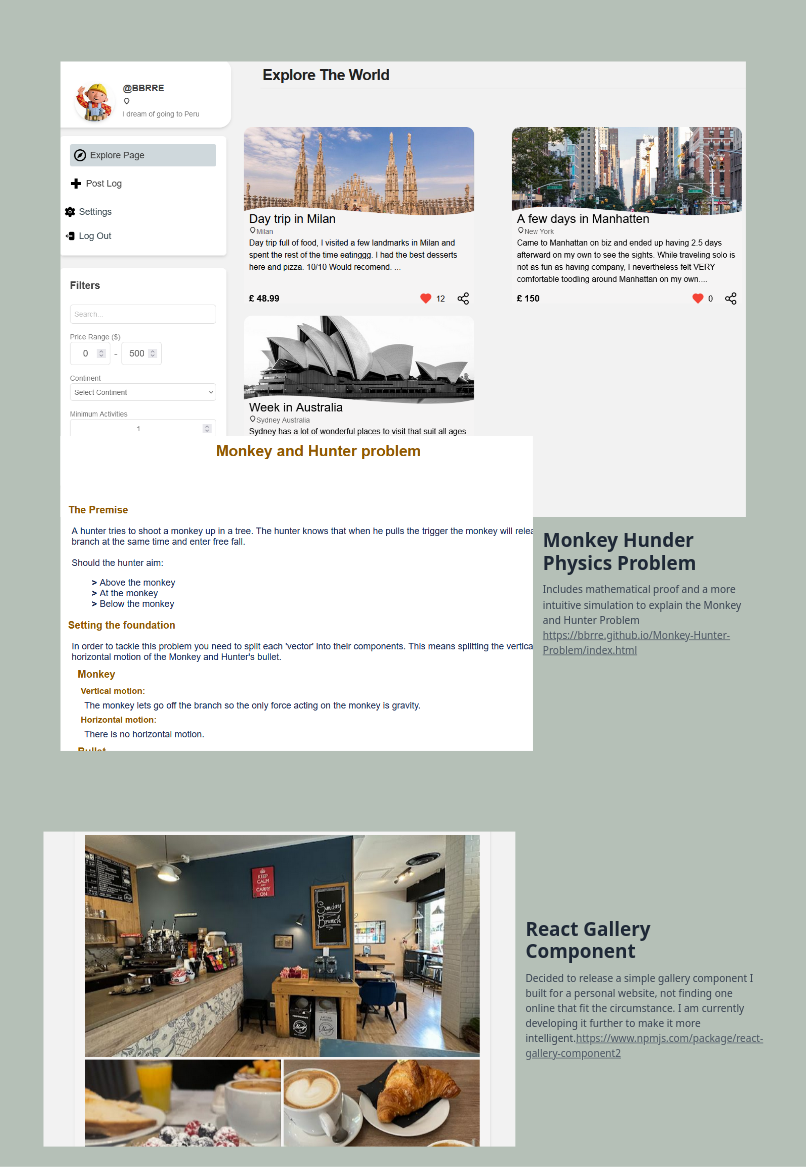
Repository: BBRRE/Portfolio-V2
Page: /#/Computer-Sci
These files come from the project's save history. The page is drawn as it stood at one moment and after a run of saves; the edit follows.
The browser window is 1280 px wide. The pictures show the whole page, at 63% of full size.
Some web fonts or font styles are not loaded; a fallback is used. The project was rebuilt for these pictures with package versions that can differ from the ones it lists, and the page was loaded fresh each time. Also part of the build but not shown: vite.config.js, src/Subjects/Archi.jsx, src/Subjects/EEng.jsx, src/Subjects/Other.jsx, src/Projects Overview.jsx, src/HomePage.jsx, src/ErrorBoundary.jsx.

Above is the page before, as saved 2024-11-29 09:08:04.

### index.html
<!doctype html>
<html lang="en">
  <head>
    <meta charset="UTF-8" />
    <link rel="icon" type="image/svg+xml" href="src\assets\letter-bb.svg" />
    <link href="https://fonts.googleapis.com/css2?family=Inconsolata&family=Italiana&family=Hubballi&family=Julius+Sans+One&display=swap" rel="stylesheet">
    <link rel="preconnect" href="https://fonts.googleapis.com" />
<link rel="preconnect" href="https://fonts.gstatic.com" crossorigin />
<link
  rel="stylesheet"
  href="https://fonts.googleapis.com/css2?family=Roboto:wght@300;400;500;700&display=swap"
/>
<link
  rel="stylesheet"
  href="https://fonts.googleapis.com/icon?family=Material+Icons"
/>

    <meta name="viewport" content="width=device-width, initial-scale=1.0" />
    <title>Bilaal Bare</title>
  </head>
  <body>
    <div id="root"></div>
    <script type="module" src="/src/main.jsx"></script>
  </body>
</html>

### src/main.jsx
import React from 'react'
import ReactDOM from 'react-dom/client'
import App from './App'
import ErrorBoundary from './ErrorBoundary'
import './index.css'

ReactDOM.createRoot(document.getElementById('root')).render(
  <React.StrictMode>
    <ErrorBoundary>
      <App />
    </ErrorBoundary>
  </React.StrictMode>
)

### src/App.jsx
import { HashRouter as Router, Routes, Route } from 'react-router-dom';
import Archi from './Subjects/Archi.jsx'
import CompSci from './Subjects/CompSci.jsx'
import EEng from './Subjects/EEng.jsx'
import Other from './Subjects/Other.jsx'
import { HomePage } from './HomePage'
import { useState, useEffect } from 'react'

function App() {
  useEffect(() => {
    console.log('App component mounted')
  }, [])

  return (
    <Router>
        <Routes>
          <Route path="/" element={<HomePage />} />
          <Route path="/Architecture" element={<Archi />} />
          <Route path="/Electronic-Eng" element={<EEng />} />
          <Route path="/Computer-Sci" element={<CompSci />} />
          <Route path="/Other" element={<Other />} />
        </Routes>
    </Router>
  )
}

export default App

### src/index.css
@tailwind base;
@tailwind components;
@tailwind utilities;

@layer utilities {
  .bg-dot-pattern {
    background-image: radial-gradient(circle, rgba(0, 0, 0, 0.2) 1px, transparent 1px);
    background-size: 50px 50px; /* Adjust the spacing here */
  }
}

### src/Subjects/CompSci.jsx
import React from 'react'
import cs from '../assets/aaaa.png'
import ph from '../assets/Monkey.png'
import tr from '../assets/tra.png'

const CompSci = () => {
  return (
    <div className='bg-[#B5C0B7] w-full h-auto min-h-screen grid grid-cols-1'>
      <div className=' flex-col justify-center align-middle w-[85%] h-[500px] mx-auto mt-24'>
        <img src={cs} />
        <div className="flex flex-col ml-4 gap-3 justify-center">
          <h2 className=" text-left text-xl md:text-2xl lg:text-3xl font-semibold text-gray-800">
            Travel Log
          </h2>
        <p className="text-gray-700 text-sm md:text-base leading-relaxed max-w-[400px]">
          Website to share you Travel Logs, whether its a day trip to a neighbouring city or a 3 week long vacations spanning countries. Built with react
          and Firebase. It is still in development but I have linked a working prototype <a href="https://Travel-Logs.com/" className='underline text-gray-600'>Travel-Logs.com</a>
        </p>
        </div>
      </div>

      <div className='flex md:flex-row flex-col justify-center align-middle w-[85%] h-[500px] mx-auto mt-24 mb-8'>
        <img src={ph} />
        <div className="flex flex-col ml-4 gap-3 justify-center">
          <h2 className=" text-left text-xl md:text-2xl lg:text-3xl font-semibold text-gray-800">
            Monkey Hunder Physics Problem
          </h2>
        <p className="text-gray-700 text-sm md:text-base leading-relaxed max-w-[400px]">
        Includes mathematical proof and a more intuitive simulation to explain the Monkey and Hunter Problem  <a href="https://bbrre.github.io/Monkey-Hunter-Problem/index.html" className='underline text-gray-600'>https://bbrre.github.io/Monkey-Hunter-Problem/index.html</a>
        </p>
        </div>
      </div>

      <div className='flex md:flex-row flex-col justify-center align-middle w-[85%] h-[500px] mx-auto mt-24 mb-8'>
        <img src={tr} />
        <div className="flex flex-col ml-4 gap-3 justify-center">
          <h2 className=" text-left text-xl md:text-2xl lg:text-3xl font-semibold text-gray-800">
            React Gallery Component
          </h2>
        <p className="text-gray-700 text-sm md:text-base leading-relaxed max-w-[400px]">
        Decided to release a simple gallery component I built for a personal website, not finding one online that fit the circumstance. I am currently developing it further to make it more intelligent.<a href="https://www.npmjs.com/package/react-gallery-component2" className='underline text-gray-600'>https://www.npmjs.com/package/react-gallery-component2</a>
        </p>
        </div>
      </div>

    </div>
  )
}

export default CompSci

### tailwind.config.js
/** @type {import('tailwindcss').Config} */
export default {
    darkMode: ["class"],
    content: ["index.css",
  "./src/**/*.{js,ts,jsx,tsx}",],
  theme: {
  	extend: {
  		backgroundImage: {
  			noise: "url('/src/assets/nnnoise.svg')",
  			undulate: "url('/src/assets/uuundulate.svg')"
  		},
  		fontFamily: {
  			inconsolata: ['Inconsolata', 'monospace'],
  			italiana: ['Italiana', 'serif'],
  			hubballi: ['Hubballi', 'cursive'],
  			julius: ['Julius Sans One"', 'sans-serif']
  		},
      keyframes: {
        fadeIn: {
          '0%': { opacity: '0' },
          '100%': { opacity: '1' },
        },
      }
  	}
  }
}

After the next 2 saves:
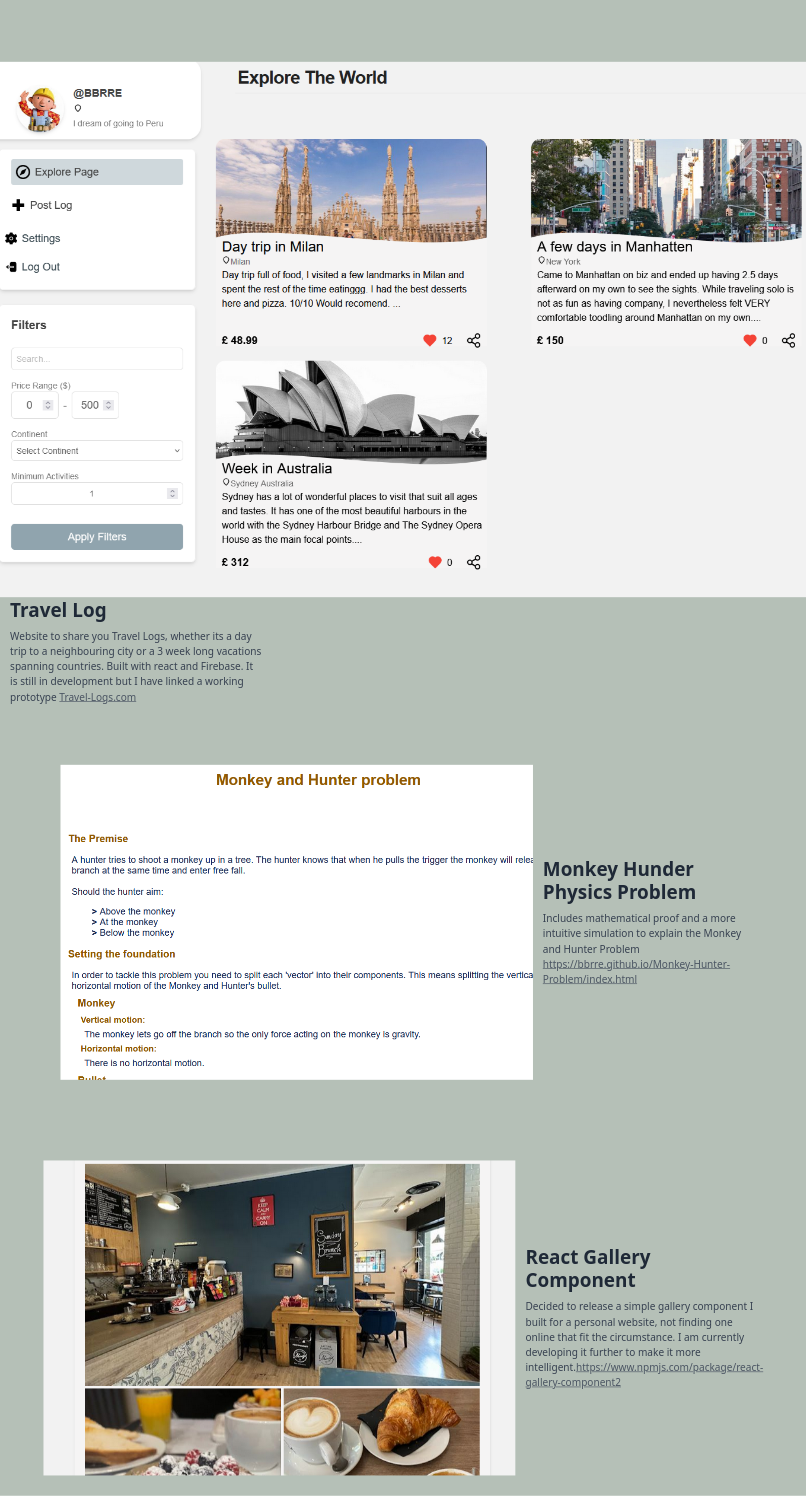
The 2 saves are shown as one change because they came seconds apart.
The last was saved 10 s later.
--- a/src/Subjects/CompSci.jsx
+++ b/src/Subjects/CompSci.jsx
@@ -6,7 +6,7 @@ import tr from '../assets/tra.png'
 const CompSci = () => {
   return (
     <div className='bg-[#B5C0B7] w-full h-auto min-h-screen grid grid-cols-1'>
-      <div className=' flex-col justify-center align-middle w-[85%] h-[500px] mx-auto mt-24'>
+      <div className=' mx-auto mt-24'>
         <img src={cs} />
         <div className="flex flex-col ml-4 gap-3 justify-center">
           <h2 className=" text-left text-xl md:text-2xl lg:text-3xl font-semibold text-gray-800">
